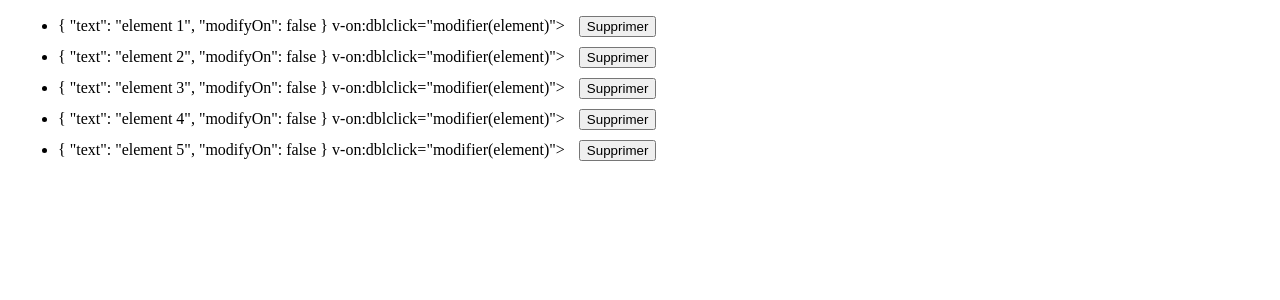
Repository: arione15/Livre_Serrion-Vue.js
Page: liste_ch3.html
The author's editor kept a copy of each file at every save. The page is drawn from the files as they stood at one save, then again after a run of saves.
The browser window is 1280 px wide. The pictures show the whole page.

Above is the page before, as saved 2021-09-07 13:40:45.

### liste_ch3.html
<!DOCTYPE html>
<html lang="en">

<head>
    <meta charset="UTF-8">
    <meta http-equiv="X-UA-Compatible" content="IE=edge">
    <meta name="viewport" content="width=device-width, initial-scale=1.0">
    <title>Liste</title>
    <script src="https://cdn.jsdelivr.net/npm/vue/dist/vue.js"></script>
</head>

<body>

    <div id="root"></div>

</body>

<script>
    const vm = new Vue({
        el: "div#root",
        template: `
            <div>
                <ul>
                    <li v-for="(element, index) of elements" style="margin:10px;">
                        <span v-if="!element.modifyOn"> {{ element }} </span>

                        v-on:dblclick="modifier(element)">
                        <button @click="supprimer(element)" style="margin-left:10px;">Supprimer</button>
                    </li>
                </ul>
                <span v-if="elements.length === 0">La liste est vide !!</span>
            </div>
        `,
        data: {
            elements: [
                {text: "element 1", modifyOn: false},
                {text: "element 2", modifyOn: false},
                {text: "element 3", modifyOn: false},
                {text: "element 4", modifyOn: false},
                {text: "element 5", modifyOn: false},
            ]
        },
        methods: {
            supprimer(elt) {
                this.elements = this.elements.filter(function (element) {
                    return elt !== element ;
                })
            },
            modifier(elt){
                console.log("Modifier l'élément : " + elt);
            }
        }
    });

</script>

</html>

After the next 3 saves:
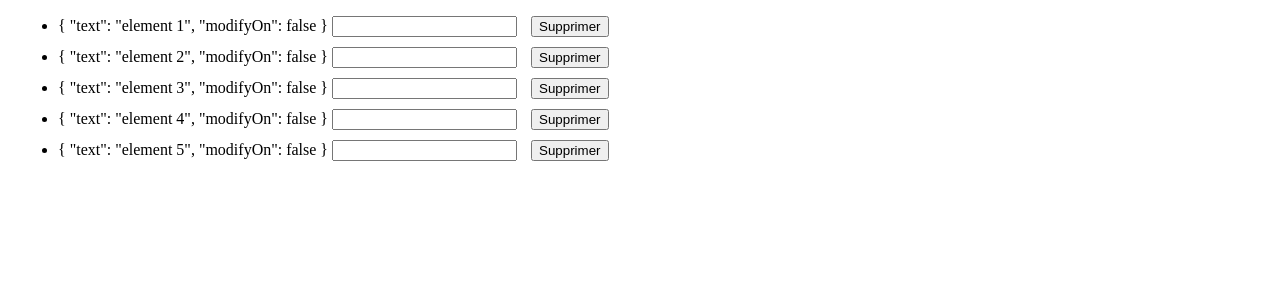
The 3 saves are shown as one change because they came seconds apart.
The last was saved 13 s later.
--- a/liste_ch3.html
+++ b/liste_ch3.html
@@ -23,7 +23,7 @@
                 <ul>
                     <li v-for="(element, index) of elements" style="margin:10px;">
                         <span v-if="!element.modifyOn"> {{ element }} </span>
-
+                        <input v
                         v-on:dblclick="modifier(element)">
                         <button @click="supprimer(element)" style="margin-left:10px;">Supprimer</button>
                     </li>
